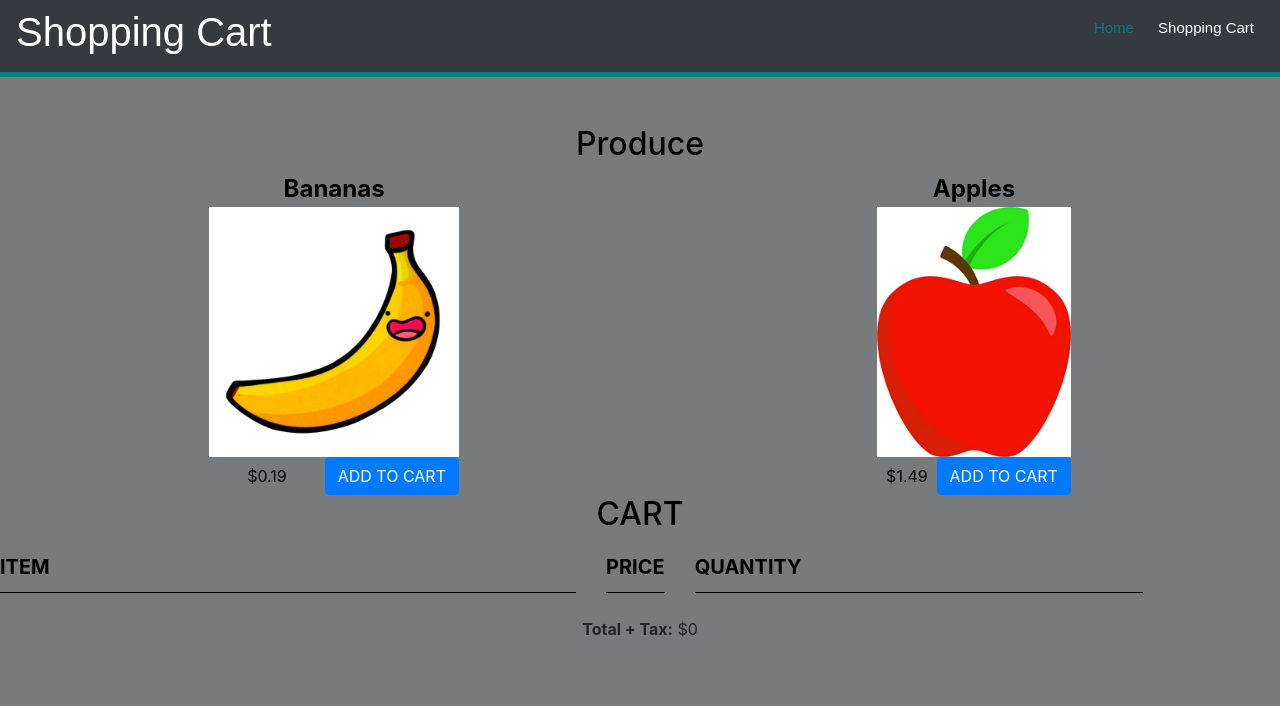
Repository: ElijahHallera/336-Internet-Prog
Page: cst336_s2020Assignment2-master/cst336_s2020Assignment2-master/shoppingcart.html
The author's editor kept a record of every edit. The page is drawn from the files as they stood at one moment, then again after the next edit.
The browser window is 1280 px wide. The pictures show the whole page.

Above is the page before.

### cst336_s2020Assignment2-master/cst336_s2020Assignment2-master/shoppingcart.html
<!DOCTYPE html>
<html>
    <head>
        <meta charset = "utf-8">
        <title>Project 2</title>
        <link href="https://stackpath.bootstrapcdn.com/bootstrap/4.4.1/css/bootstrap.min.css"
        rel="stylesheet"
        integrity="sha384-Vkoo8x4CGsO3+Hhxv8T/Q5PaXtkKtu6ug5TOeNV6gBiFeWPGFN9MuhOf23Q9Ifjh"
        crossorigin="anonymous">
        <link href="https://fonts.googleapis.com/css?family=Raleway&display=swap" rel="stylesheet">
        <script src="https://ajax.aspnetcdn.com/ajax/jQuery/jquery-3.4.1.min.js"></script>
        <script src = "https://cdnjs.cloudflare.com/ajax/libs/underscore.js/1.9.1/underscore-min.js"></script>
        <link href = "css/app.css" rel = "stylesheet" type = "text/css">
        <script src = "js/javascript.js" async></script>
    </head>

    <body class = "text-center">
        <header id = "shoppingHEADER">
            <nav class="navbar navbar-dark bg-dark">
              <h1> Shopping Cart </h1>
                    <ul>
                        <li> <a href = "index.html" class = "shoppingA"> Home </a> </li>
                        <li> <a href = "shoppingcart.html" id = "currentPage" class = "shoppingA"> Shopping Cart </a> </li>
                    </ul>
            </nav>
        </header>
		</br>
		</br>

        <section>
            <h2>Produce</h2>
            <div class="items">
            <div>
                <span class="title">Bananas</span>
                <img class="food_image" src="images/banana-sticker.jpg">
                <div class="details">
                    <span class="shop_price">$0.19</span>
                    <button class="btn btn-primary shop_button" type="button">ADD TO CART</button>
            </div>

            </div>
            <div>
                <span class="title">Apples</span>
                <img class="food_image" src="images/Apple.jpg">
                <div class="details">
                    <span class="shop_price">$1.49</span>
                    <button class="btn btn-primary shop_button" type="button">ADD TO CART</button>
                </div>
            </div>
            </div>
        </section>

        <section>
            <h2>CART</h2>
            <div class="list">
                <span class="cart-item cart-header cart-column">ITEM</span>
                <span class="cart-price cart-header cart-column">PRICE</span>
                <span class="cart-quantity cart-header cart-column">QUANTITY</span>
            </div>
            <div class="cart-items">
            </div>
            </br>
            <div class="cart-total">
                <strong class="cart-total-title">Total + Tax:</strong>
                <span class="total-price">$0</span>
            </div>
            </br>
            </br>
        </section>

    </body>
</html>

### cst336_s2020Assignment2-master/cst336_s2020Assignment2-master/css/app.css
body{
    background-color: #777B7E;
}

h2{
    color: black;
}

h5{
    font-family: "Montserrat", sans-serif;
    color: black;
    font-size: 50px;
}

p{
    font-family: "Montserrat", sans-serif;
    font-size: 20px;
    color: black;
}

header {
    color: white;
    font-family: "Montserrat", sans-serif;
    font-size: 15px;
    justify-content: space-between;
    align-items: center;
    border-bottom: 5px solid #86C232;
}

nav li:hover{ /*pseudo class*/
    font-size: 1.10em;
    transition: .9s; /* transition effect */
}

li {
    list-style: none; /*gets rid of bullet points*/
    display: inline-block; /* allows me to get horizontal tabs */
    padding-left: 10px;
    padding-right: 10px;
}

a { /* links within "nav" container */
    font-size: 1em;
    color: #86C232; /* by default, links are blue */
    border-radius: 15px;
    justify-content: space-between;
}

.shoppingA{
    font-size: 1em;
    color: teal; /* by default, links are blue */
    border-radius: 15px;
    justify-content: space-between;
}

.homeA{
    font-size: 1em;
    color: red; /* by default, links are blue */
    border-radius: 15px;
    justify-content: space-between;
}

.flex-container {
	display: flex;
	flex-wrap: wrap;
	flex-direction: row;
	justify-content: center;
}

.flex-item {
	width: 25%;
	margin: 10px;
}

.flex-item > img {
	width: 50%;
}

.shop-item {
    margin: 30px;
}

.title {
    display: block;
    width: 100%;
    text-align: center;
    font-weight: bold;
    font-size: 1.5em;
    color: black;
}

.food_image { /* makes each image the same height */
    height: 250px;
}

.details {
    display: flex;
    align-items: center;
}

.shop_price { /* makes price black */
    flex-grow: 1;
    color: black;
}

.items { /* puts the items next to eachother */
    display: flex;
    flex-wrap: wrap;
    justify-content: space-around;
}

.cart-header {
    font-weight: bold;
    font-size: 1.25em;
    color: black;
}

.cart-column {
    display: flex;
    align-items: center;
    border-bottom: 1px solid black;
    margin-right: 1.5em;
    padding-bottom: 10px;
    margin-top: 10px;
}

.list { /* puts the items in a column */
    display: flex;
}

.cart-item {
    width: 45%;
}

.cart-quantity {
    width: 35%;
}

.cart-item-image { /*makes image smaller in cart */
    width: 75px;
    height: auto;
    border-radius: 10px;
}

.cart-total-price { /* makes the price black and increase size a bit */
    color: black;
    font-size: 1.1em;
}

#quantity{
    display: flex;
	flex-direction: row;
	align-items: center;
	justify-content: space-between;
}

#currentPage {
    font-size: 1em;
    text-decoration: none; /* removes underline */
    color: white; /* by default, links are blue */
}


#shoppingHEADER{
    color: white;
    font-family: "Montserrat", sans-serif;
    font-size: 15px;
    justify-content: space-between;
    align-items: center;
    border-bottom: 5px solid teal;
}

#homeHEADER{
    color: white;
    font-family: "Montserrat", sans-serif;
    font-size: 15px;
    justify-content: space-between;
    align-items: center;
    border-bottom: 5px solid red;
}

### cst336_s2020Assignment2-master/cst336_s2020Assignment2-master/js/javascript.js
$("#banana-fact").on('click', function(){
	$(this).html("A green banana has very high starch content – as the fruit yellows, this starch turns into sugars.");
	$(this).css("background-color", "yellow");
	$(this).css("color", "black");
});

$("#apple-fact").on('click', function(){
	$(this).html(" If you’ve ever wondered why apples float it’s because they’re 25 percent air, giving us the ability to bob for apples in a barrel of water.");
	$(this).css("background-color", "red");
});


if (document.readyState == 'loading') {
    document.addEventListener('DOMContentLoaded', ready);
} else {
    ready();
}

function ready() {
    var Inputs = document.getElementsByClassName('cart-input');
    for (var i = 0; i < Inputs.length; i++) {
        var input = Inputs[i];
        input.addEventListener('change', Changed);
    }

    var addToCart = document.getElementsByClassName('shop_button');
    for (var i = 0; i < addToCart.length; i++) {
        var button = addToCart[i];
        button.addEventListener('click', Clicked);
    }
}

function Changed(event) {
    var input = event.target;
    if (isNaN(input.value) || input.value <= -1) {
        input.value = 1;
    }
    update();
}

function Clicked(event) {
    var button = event.target;
    var shopItem = button.parentElement.parentElement;
    var title = shopItem.getElementsByClassName('title')[0].innerText;
    var price = shopItem.getElementsByClassName('shop_price')[0].innerText;
    var imageSrc = shopItem.getElementsByClassName('food_image')[0].src;
    addCart(title, price, imageSrc);
    update();
}

function addCart(title, price, imageSrc) {
    var cartRow = document.createElement('div');
    cartRow.classList.add('list');
    var cartItems = document.getElementsByClassName('cart-items')[0];
    var Items = cartItems.getElementsByClassName('item-title');
    for (var i = 0; i < Items.length; i++) {
        if (Items[i].innerText == title) {
            alert('This item is already added to the cart');
            return;
        }
    }

    var cartContents = ` <div class="cart-item cart-column"> <img class="item-image" src="${imageSrc}" width="100" height="100">
                         <span class="item-title">${title}</span></div> <span class="cart-price cart-column">${price}</span>
                         <div class="cart-quantity cart-column"> <input class="cart-input" type="number" value="1"></div>`;
    cartRow.innerHTML = cartContents;
    cartItems.append(cartRow);
    cartRow.getElementsByClassName('cart-input')[0].addEventListener('change', Changed);
}

function update() {
    var cartItemContainer = document.getElementsByClassName('cart-items')[0];
    var cartRows = cartItemContainer.getElementsByClassName('list');
    var total = 0;
    for (var i = 0; i < cartRows.length; i++) {
        var cartRow = cartRows[i];
        var priceElement = cartRow.getElementsByClassName('cart-price')[0];
        var quantityElement = cartRow.getElementsByClassName('cart-input')[0];
        var price = parseFloat(priceElement.innerText.replace('$', ''));
        var quantity = quantityElement.value;
        total = total + ((price * quantity) + ((price * quantity) *.0875));
    }
    total = Math.round(total * 100) / 100;
    document.getElementsByClassName('total-price')[0].innerText = '$' + total;
}

After the next edit:
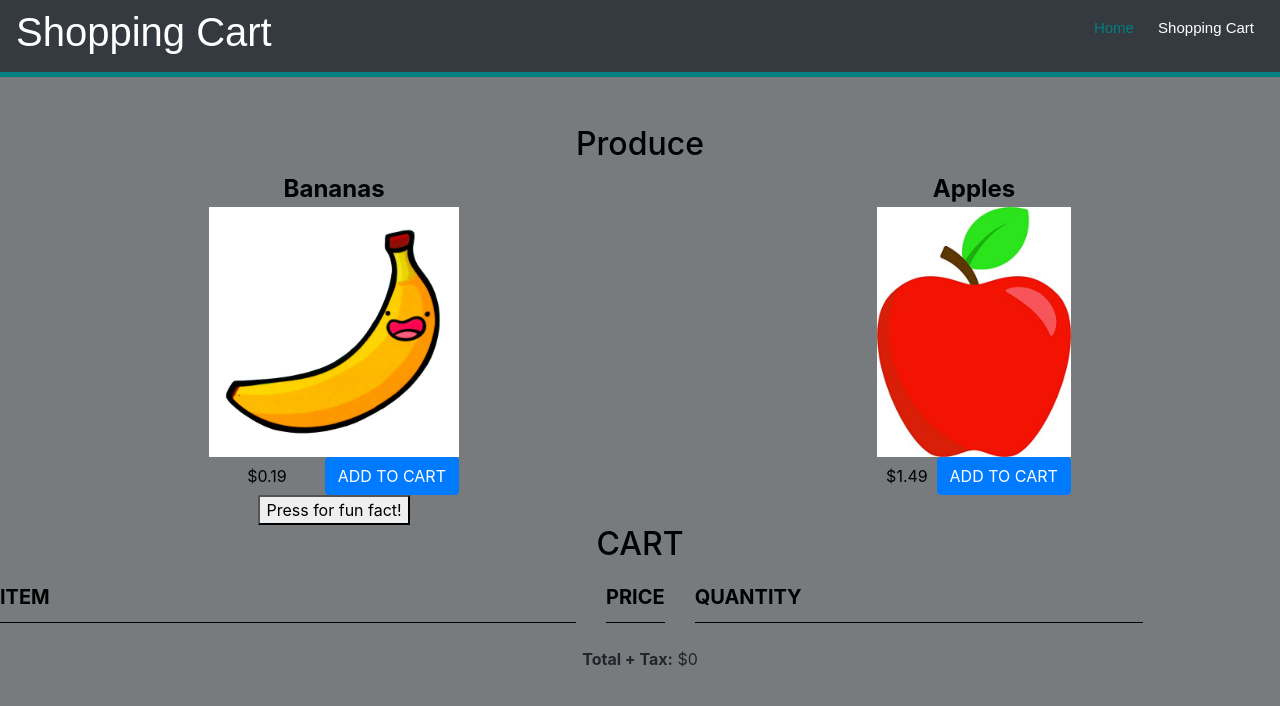
The edit:
--- a/cst336_s2020Assignment2-master/cst336_s2020Assignment2-master/shoppingcart.html
+++ b/cst336_s2020Assignment2-master/cst336_s2020Assignment2-master/shoppingcart.html
@@ -38,6 +38,8 @@
                     <button class="btn btn-primary shop_button" type="button">ADD TO CART</button>
             </div>
 
+            <button id = "fun-fact"> Press for fun fact! </button>
+
             </div>
             <div>
                 <span class="title">Apples</span>
